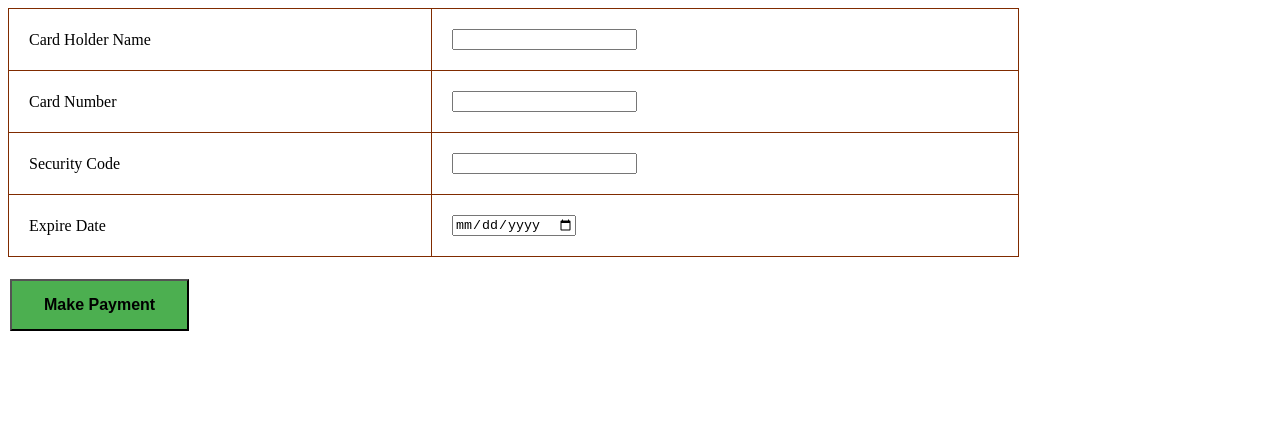
Repository: sandeepa9803/OOP---Online-Travel-web-application
Page: http://localhost/PaymentNew/PaymentInsert.jsp
The author's editor kept a copy of each file at every save. The page is drawn from the files as they stood at one save, then again after the next save.
The browser window is 1280 px wide. The pictures show the whole page.
The page is served by Tomcat 9.

Above is the page before, as saved 2021-10-11 15:55:42.

After the next save:
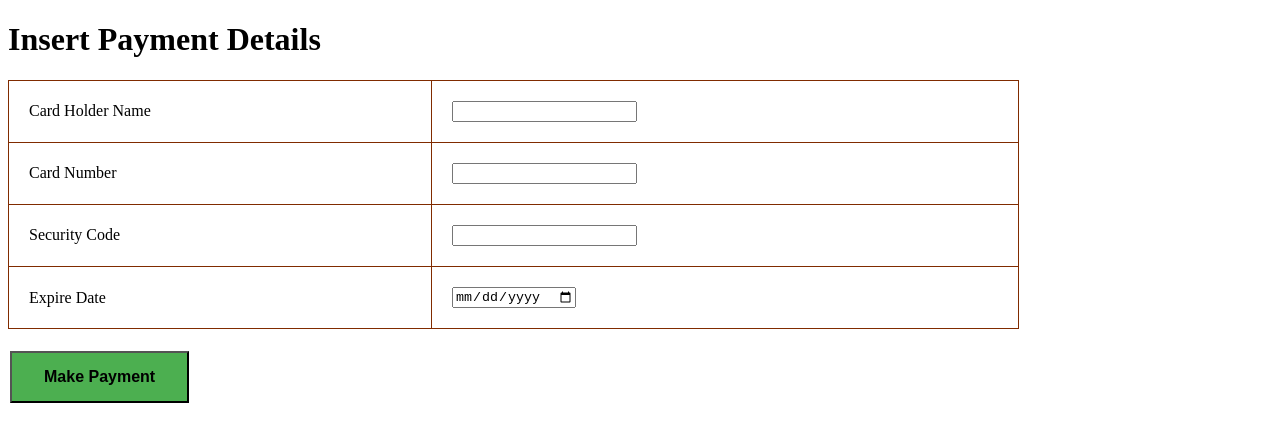
Saved 2 min 39 s later.
--- a/PaymentNew/WebContent/PaymentInsert.jsp
+++ b/PaymentNew/WebContent/PaymentInsert.jsp
@@ -34,6 +34,7 @@ th, td {
   font-size: 16px;
   margin: 4px 2px;
   cursor: pointer;
+
 }
 
 
@@ -47,6 +48,8 @@ th, td {
 <title>Insert title here</title>
 </head>
 <body>
+
+   <h1>Insert Payment Details</h1>
 
     <form action="insert" method ="post">
 
